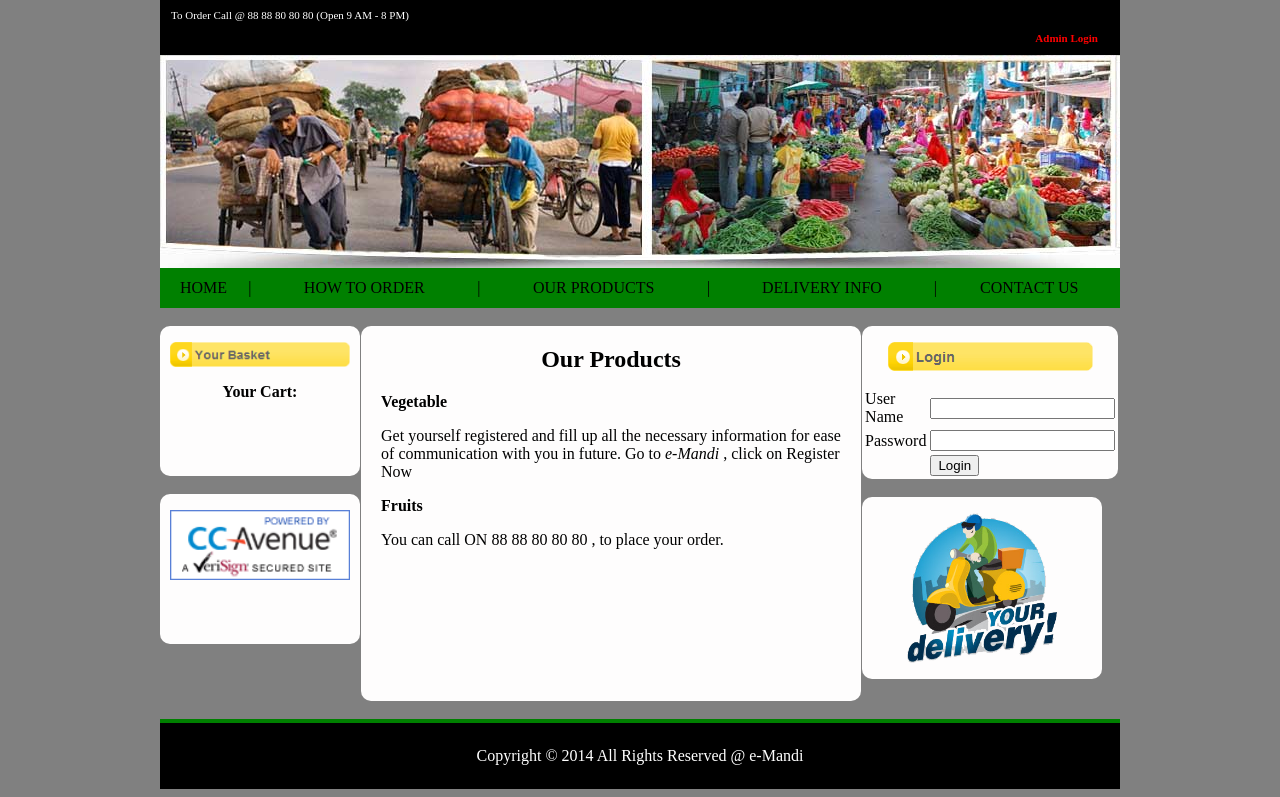
Repository: aashi12/e_mandi
Page: http://localhost/e_mandi/ourProducts.jsp
An editor plug-in stored every save of this project. The page is shown before and after the next save, followed by the edit.
The browser window is 1280 px wide. The pictures show the whole page.
The page is served by Tomcat 9.

Above is the page before, as saved 2014-04-18 12:22:25.

After the next save:
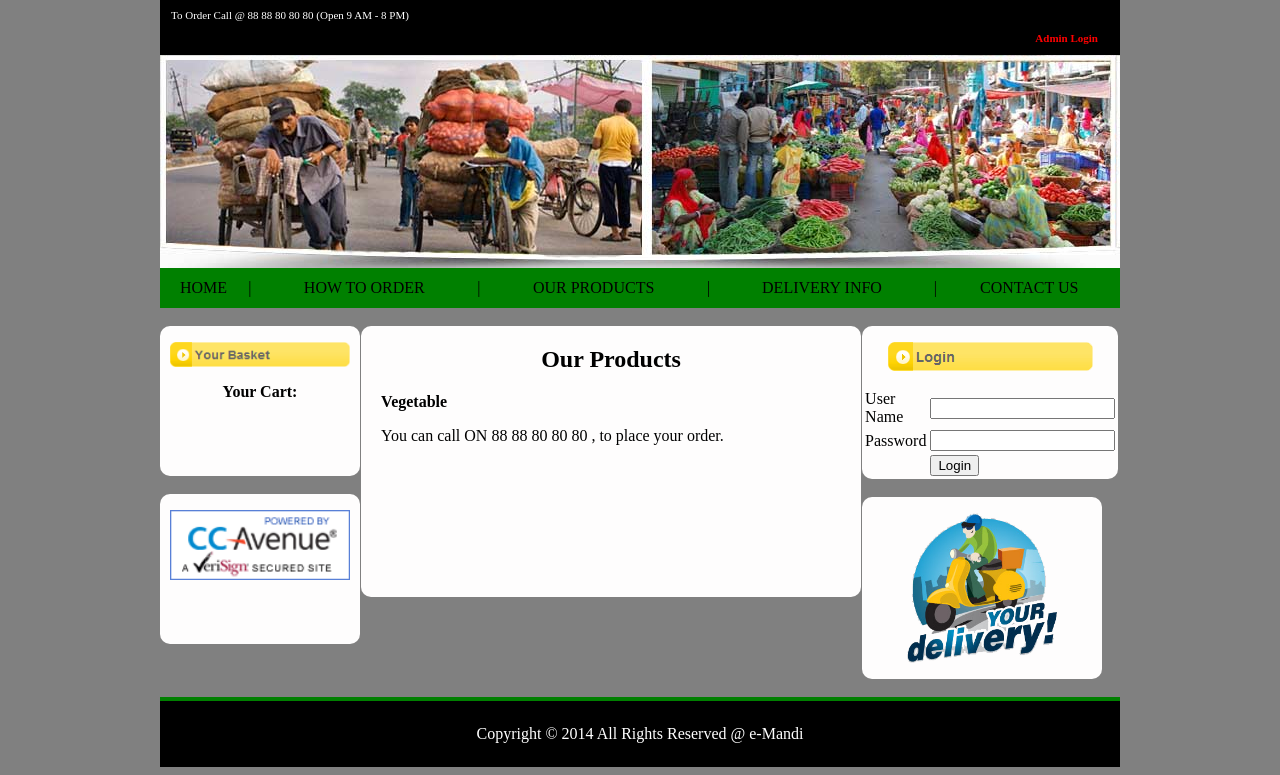
Saved 12 s later.
--- a/e_mandi/WebContent/ourProducts.jsp
+++ b/e_mandi/WebContent/ourProducts.jsp
@@ -63,9 +63,7 @@
 <h2 align="center">Our Products</h2>
 <div id="con1">
 <p><b>Vegetable</b></p>
-<p>Get yourself registered and fill up all the necessary information for ease of communication
-with you in future. Go to <i>e-Mandi</i> , click on Register Now</p>
-<p><b>Fruits</b></p>
+<p></p>
 <p>You can call ON    88 88 80 80 80 , to place your order.</p>
 
 <p>&nbsp;</p>
